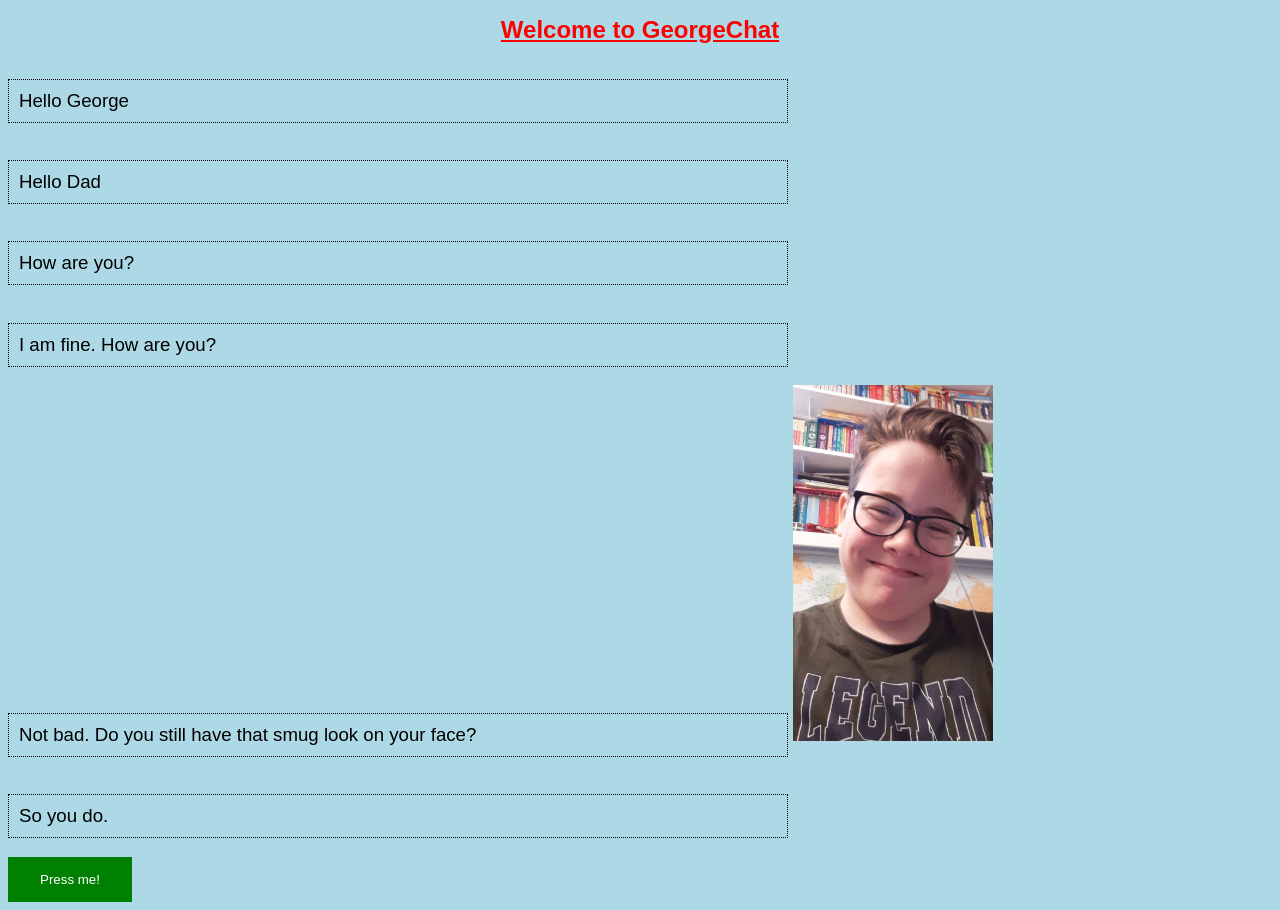
Repository: georgefyles/playground
Page: playground/src/resources/html/test.html
The author's editor kept a record of every edit. The page is drawn from the files as they stood at one moment, then again after the next edit.
The browser window is 1280 px wide. The pictures show the whole page.

Above is the page before.

### playground/src/resources/html/test.html
<!DOCTYPE html>
<html>

  <head>
	<title>Page Title</title>
	<link rel="stylesheet" href="test.css" type="text/css" />
  </head>

  <body>

    <h1 id="chat-title">Welcome to GeorgeChat</h1>

    <div id="chat-messages">

      <p class="you-talking">Hello George</p>

      <p class="me-talking">Hello Dad</p>

      <p class="you-talking">How are you?</p>

  	  <p class="me-talking">I am fine. How are you?</p>

      <p class="you-talking">Not bad. Do you still have that smug look on your face?</p>

      <img src="../images/george.jpeg" class="me-talking chat-image" />

      <p class="you-talking">So you do.</p>

    </div>

    <div id="chat-controls">
      <button>Press me!</button>
    </div>

  </body>
</html>

### playground/src/resources/html/test.css
body {
    background-color: lightblue;
    font-family: Arial, Helvetica, sans-serif;
}

#chat-title {
    font-size: 18pt;
    text-align: center;
    color: red;
    text-decoration: underline;
}

button {
    background-color: green;
    border: none;
    color: white;
    padding: 15px 32px;
    text-align: center;
    text-decoration: none;
    display: inline-block;
}

p {
    font-size: 14pt;
    border: 1px dotted black;
    padding: 10px;
    display: inline-block;
    width: 60%;
}

p.you-spoke {
    color: limegreen;
    float: left;
    clear: right;
}

p.i-spoke {
    color: blue;
    float: right;
    clear: left;
}

img.chat-image {
    width: 200px;
}

After the next edit:
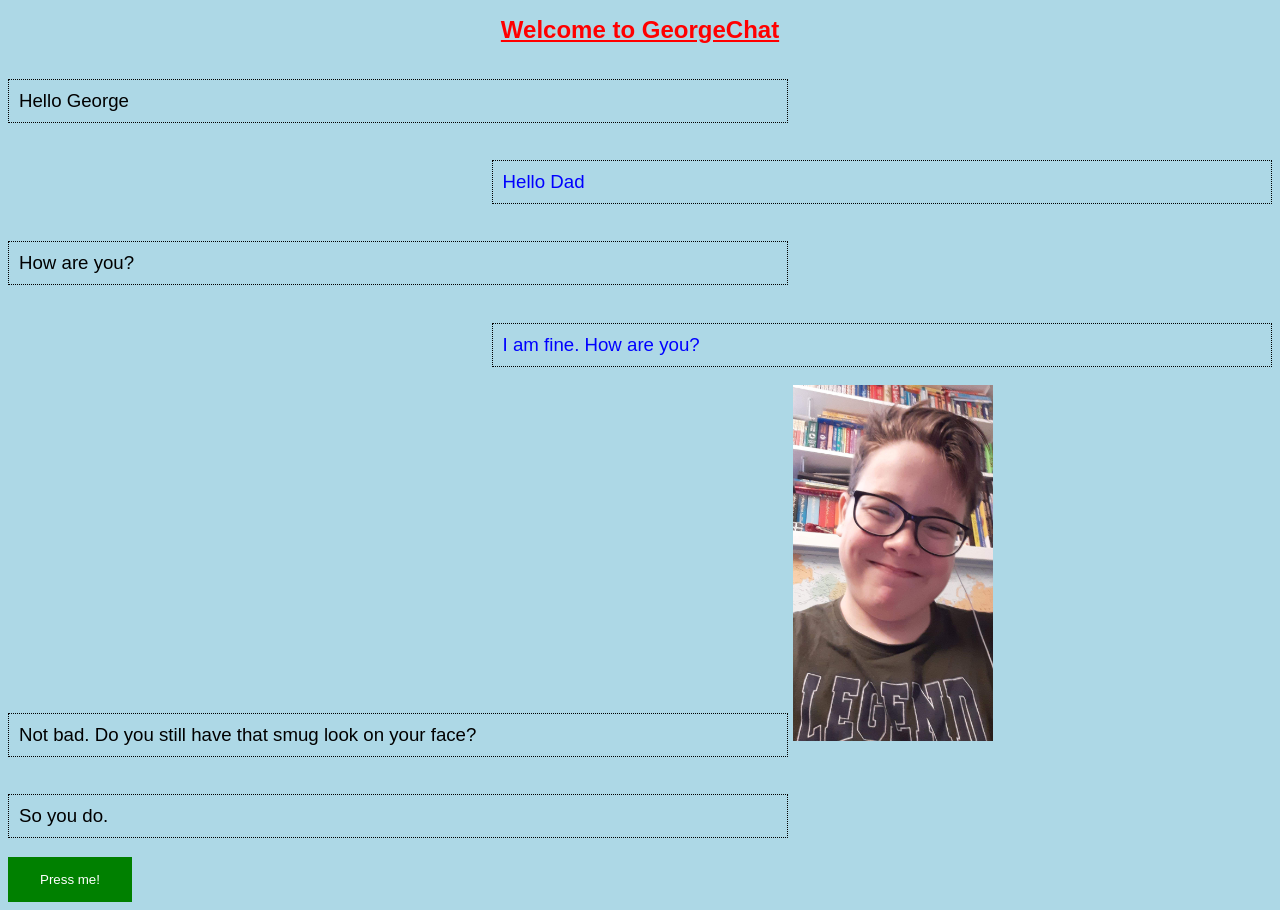
The edit:
--- a/playground/src/resources/html/test.css
+++ b/playground/src/resources/html/test.css
@@ -34,7 +34,7 @@
     clear: right;
 }
 
-p.i-spoke {
+p.me-talking {
     color: blue;
     float: right;
     clear: left;
